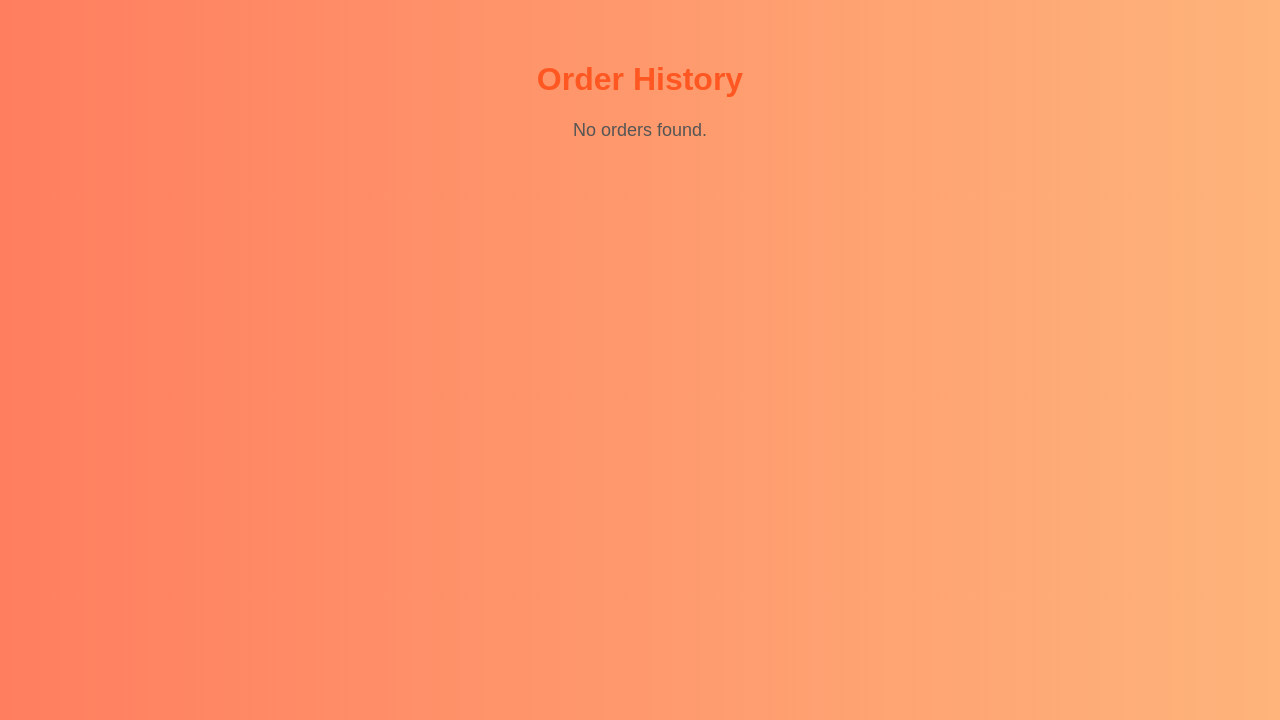
Repository: Masood395/Food-App
Page: http://localhost/FoodApp/orderhistory.jsp
These files come from the project's save history. The page is drawn as it stood at one moment and after the next save; the edit follows.
The browser window is 1280 px wide. The pictures show the whole page.
The page is served by Tomcat 9.

Above is the page before, as saved 2024-11-20 17:26:53.

After the next save:
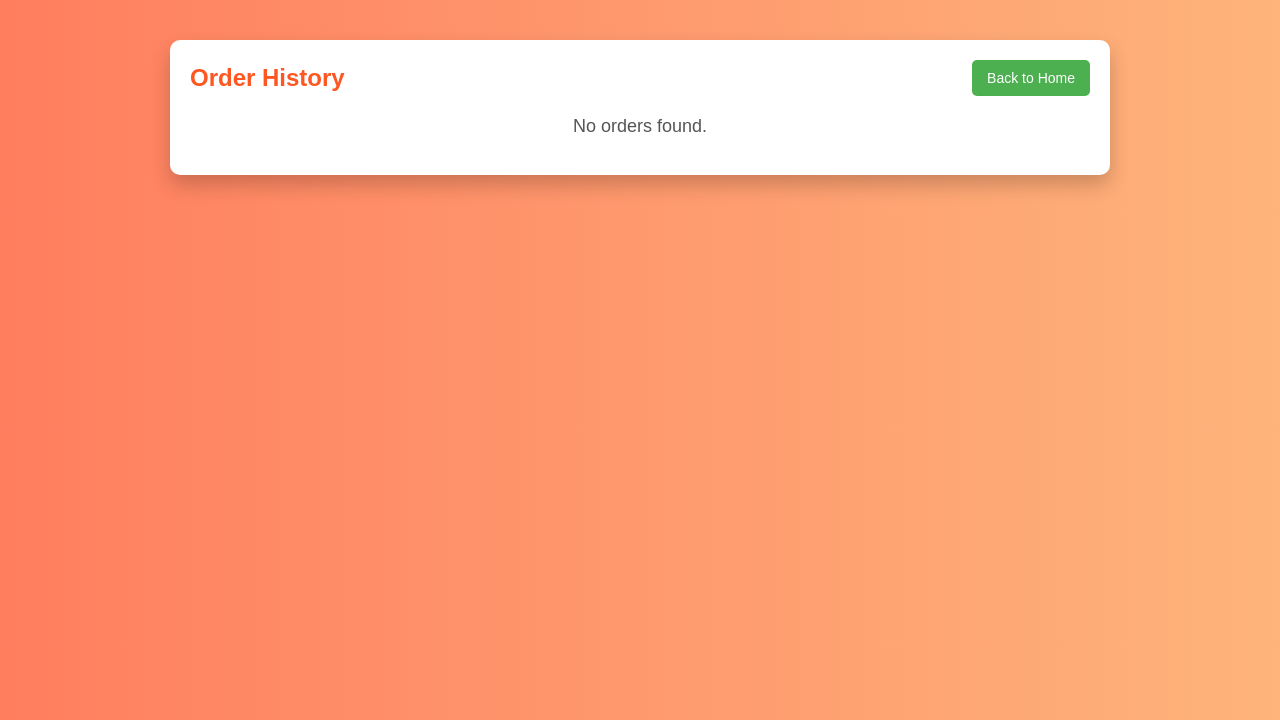
Saved 2 min 41 s later.
--- a/FoodApp/src/main/webapp/orderhistory.jsp
+++ b/FoodApp/src/main/webapp/orderhistory.jsp
@@ -27,9 +27,39 @@ body {
 }
 
 .container {
-    max-width: 800px;
-    margin: 20px auto;
+    max-width: 900px;
+    margin: 40px auto;
     padding: 20px;
+    background: white;
+    border-radius: 10px;
+    box-shadow: 0 10px 20px rgba(0, 0, 0, 0.2);
+}
+
+.header {
+    display: flex;
+    justify-content: space-between;
+    align-items: center;
+    margin-bottom: 20px;
+}
+
+.header h1 {
+    color: #ff5722;
+    margin: 0;
+    font-size: 24px;
+}
+
+.back-button {
+    text-decoration: none;
+    padding: 10px 15px;
+    font-size: 14px;
+    color: white;
+    background: #4caf50;
+    border-radius: 5px;
+    transition: background-color 0.3s;
+}
+
+.back-button:hover {
+    background: #388e3c;
 }
 
 .card {
@@ -99,6 +129,7 @@ body {
     text-align: center;
     font-size: 18px;
     color: #555;
+    margin-top: 20px;
 }
 
 /* Responsive Design */
@@ -111,7 +142,10 @@ body {
 </head>
 <body>
 <div class="container">
-    <h1 style="text-align: center; color: #ff5722;">Order History</h1>
+    <div class="header">
+        <h1>Order History</h1>
+        <a href="home.jsp" class="back-button">Back to Home</a>
+    </div>
 
     <%
         List<OrderHistory> orderHistoryList = (List<OrderHistory>) session.getAttribute("ohList");
@@ -140,7 +174,7 @@ body {
         </p>
         <p><strong>Total:</strong> $<%= oh.getTotal() %></p>
         <p><strong>Date:</strong> <%= o.getOrderDate() %></p>
-        <a href="orderDetails.jsp?orderId=<%= oh.getOrderId() %>" class="view-details">View Details</a>
+        <a href="orderDetails.jsp?orderId=<%= oh.getOrderId() %>" class="view-details">View Order Details</a>
     </div>
     <% } } %>
 </div>
